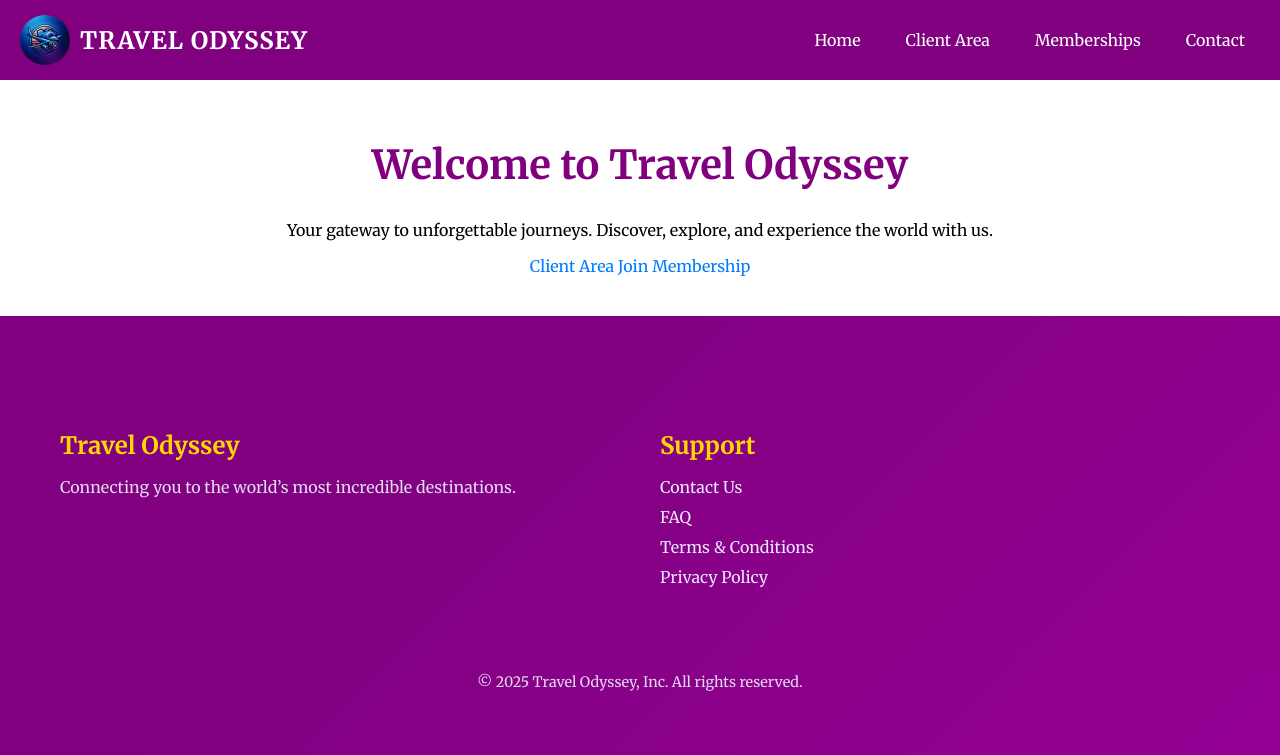
Repository: GHzPhoenix/Project-Odyssey
Page: Frontend/index.html
These files come from the project's save history. The page is drawn as it stood at one moment and after the next save; the edit follows.
The browser window is 1280 px wide. The pictures show the whole page.

Above is the page before, as saved 2025-06-08 16:21:42.

After the next save:
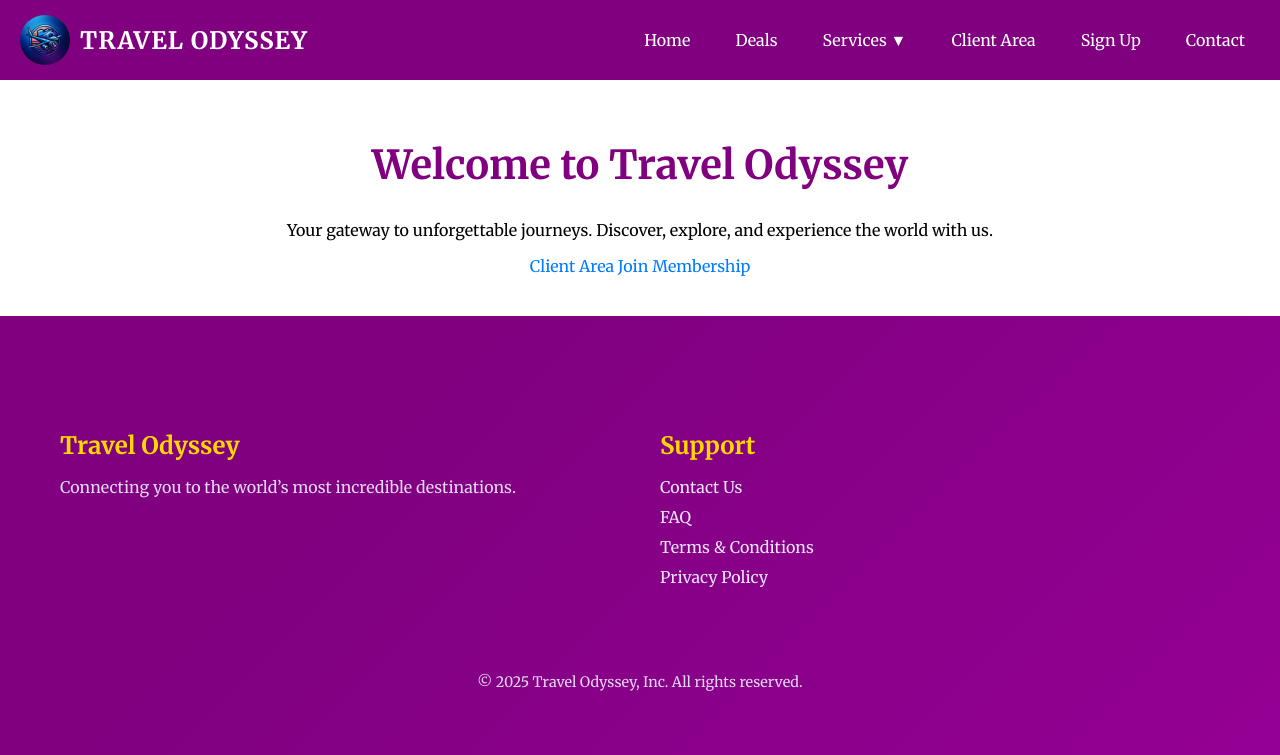
Saved 3 min 36 s later.
--- a/Frontend/index.html
+++ b/Frontend/index.html
@@ -19,15 +19,30 @@
           <img src="/Frontend/assets/your-logo.png" alt="Logo" />
           Travel Odyssey
         </div>
-        <div class="menu-toggle" onclick="toggleMenu()">
+
+        <button
+          class="menu-toggle"
+          aria-label="Toggle navigation"
+          onclick="toggleMenu()"
+        >
           <div></div>
           <div></div>
           <div></div>
-        </div>
+        </button>
+
         <ul class="nav-menu">
           <li><a href="index.html">Home</a></li>
+          <li><a href="deals.html">Deals</a></li>
+          <li class="dropdown-parent">
+            <a href="#">Services ▼</a>
+            <div class="dropdown">
+              <a href="membership.html">Memberships</a>
+              <a href="dream.html">Plan your Trip</a>
+              <a href="client-area.html">Client Area</a>
+            </div>
+          </li>
           <li><a href="client-area.html">Client Area</a></li>
-          <li><a href="membership.html">Memberships</a></li>
+          <li><a href="signup.html">Sign Up</a></li>
           <li><a href="contact.html">Contact</a></li>
         </ul>
       </nav>
